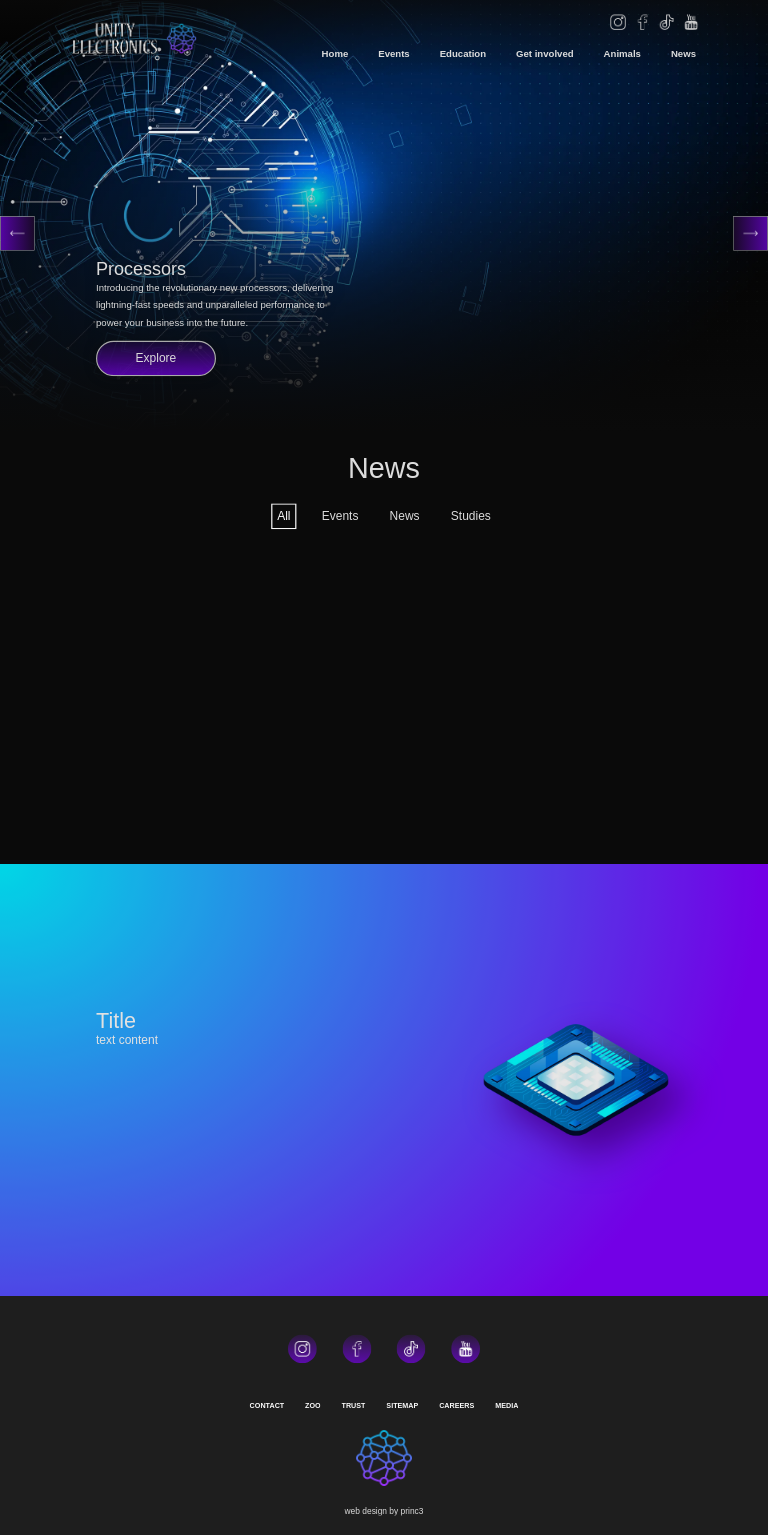
Repository: princ3-web/five
Page: /
The author's editor kept a copy of each file at every save. The page is drawn from the files as they stood at one save, then again after the next save.
The browser window is 1280 px wide. The pictures show the whole page, at 60% of full size.
An inner scrolling area shows only its first screen. The project was rebuilt for these pictures with package versions that can differ from the ones it lists, and the page was loaded fresh each time. Also part of the build but not shown: src/css/subpage.module.css, src/pages/Events.jsx, src/pages/Education.jsx, src/pages/Membership.jsx, src/pages/Animals.jsx, src/pages/News.jsx, src/pages/Support.jsx.

Above is the page before, as saved 2023-05-08 18:56:38.

### src/App.jsx
import React, { useState } from "react";
import { Routes, Route } from "react-router-dom";
import app from "./css/app.module.css";
import Navbar from "./components/Navbar.jsx";
import Bottombar from "./components/Bottombar.jsx";
import Main from "./pages/Main.jsx";
import Events from "./pages/Events.jsx";
import Education from "./pages/Education.jsx";
import Membership from "./pages/Membership.jsx";
import Animals from "./pages/Animals.jsx";
import News from "./pages/News.jsx";
import Support from "./pages/Support.jsx";
import Scrolltotop from "./components/Scrolltotop";

function App() {
  return (
    <div className={app.app}>
      <Navbar />
      <Routes>
        <Route path="/" element={<Main />} exact />
        <Route path="/Events" element={<Events />} exact />
        <Route path="/Education" element={<Education />} exact />
        <Route path="/Membership" element={<Membership />} exact />
        <Route path="/Animals" element={<Animals />} exact />
        <Route path="/News" element={<News />} exact />
        <Route path="/Support" element={<Support />} exact />
      </Routes>
      <Bottombar />
      <Scrolltotop />
    </div>
  );
}

export default App;

### src/css/app.module.css
:root {
    --thin: 200;
    --regular: 400;
    --bold: 600;
    --font-12: 12px;
    --font-14: 14px;
    --font-16: 16px;
    --font-20: 20px;
    --font-24: 24px;
    --font-30: 30px;
    --font-36: 36px;
    --font-48: 48px;
    --dark: rgb(10, 10, 10);
    --dark-transp-100: rgb(0, 0, 0, 0.5);
    --gray-transp-200: rgba(100, 100, 100, 0.5);
    --gray-transp-300: rgba(100, 100, 100, 0.25);
    --gray-50: rgb(30, 30, 30);
    --gray-100: rgb(60, 60, 60);
    --gray-150: rgb(100, 100, 100);
    --gray-200: rgb(170, 170, 170);
    --gray-300: rgb(220, 220, 220);
    --gray-400: rgb(240, 240, 240);
    --light: rgb(250, 250, 250);
    --light-transp: rgb(255, 255, 255, 0.2);
    --blue-200: rgb(0, 78, 162);
    --blue-300: rgb(0, 123, 255);
    --teal-300: rgb(0, 238, 255);
    --violet-200: rgb(81, 0, 162);
    --violet-300: rgb(128, 0, 255);
    --transp: rgba(0, 0, 0, 0);
}

@import url('https://fonts.googleapis.com/css2?family=Raleway&display=swap');


html > div {
    display: none;
  }

  * {
    overflow-x: hidden;
    padding: 0;
    margin: 0;
    font-family: 'Raleway', sans-serif;
    user-select: none;
  }

  .app{
    background-color: var(--dark);
    height: fit-content;
  }

  .section{
    display: flex;
    flex-direction: column;
    min-height: 100vh;
  }

### src/components/Navbar.jsx
import React, { useState } from "react";
import navbar from "../css/navbar.module.css";
import logo from "../assets/icons/logo_sub.png";
import hamburger from "../assets/icons/hamburger.png";
import cross from "../assets/icons/cross.png";
import { Link } from "react-router-dom";
import instagram from "../assets/icons/instagram.png";
import facebook from "../assets/icons/facebook.png";
import tiktok from "../assets/icons/tiktok.png";
import youtube from "../assets/icons/youtube.png";

const Navbar = () => {
  const navbarButtons = [
    {
      name: "Home",
      menu: false,
      items: [],
      link: "/",
    },
    {
      name: "Events",
      menu: true,
      items: [
        "Plan Your Day",
        "What's On",
        "Membership",
        "Vet Hospital",
        "Education",
        "Zoo Map",
      ],
      link: "/Events",
    },
    {
      name: "Education",
      menu: true,
      items: [
        "Read for Adventure",
        "Educational Field Trips",
        "Self-Guided Field Trips",
        "Nature Explorers Preschool",
        "Schools Out Day Camps",
        "Spring Break Camp",
        "Summer Camps",
        "After Hours",
        "Conservation Club",
      ],
      link: "/Education",
    },
    {
      name: "Get involved",
      menu: true,
      items: [
        "What We Do",
        "What You Can Do",
        "Work at the Zoo",
        "Volunteer",
        "Sponsorship",
        "Conservation",
      ],
      link: "/Membership",
    },
    {
      name: "Animals",
      menu: false,
      items: [],
      link: "/Animals",
    },
    {
      name: "News",
      menu: false,
      items: [],
      link: "/News",
    },
  ];

  const socials = [instagram, facebook, tiktok, youtube];

  const [mobileMenu, toggleMobileMenu] = useState(false);

  return (
    <>
      <div className={navbar.navbar}>
        <Link className={navbar.link} to={"/"}>
          <img className={navbar.logo} src={logo} alt="" />
        </Link>
        <div className={navbar.navbarContent}>
          <div className={navbar.navbarTopIcons}>
            {socials.map((item, n) => (
              <img className={navbar.navbarTopIcon} src={item} alt="" key={n} />
            ))}
          </div>
          <div className={navbar.navbarButtons}>
            {navbarButtons.map((item, n) => (
              <div
                style={{
                  display: "block",
                  overflow: "visible",
                }}
                key={n}
              >
                <div className={navbar.navbarButton}>
                  <Link
                    to={item.link}
                    style={{
                      textDecoration: "none",
                      color: "unset",
                    }}
                  >
                    {item.name}
                  </Link>
                </div>

                {item.items.length > 0 && (
                  <>
                    <div className={navbar.navbarButtonDropdown}>
                      {item.items.map((i, n) => (
                        <Link
                          className={navbar.navbarButtonDropdownItem}
                          key={n}
                          to={item.link}
                        >
                          {i}
                        </Link>
                      ))}
                    </div>
                  </>
                )}
              </div>
            ))}
          </div>
        </div>
        <img
          className={navbar.mobileButton}
          src={mobileMenu === true ? cross : hamburger}
          onClick={() =>
            mobileMenu === true ? toggleMobileMenu(false) : toggleMobileMenu(true)
          }
          alt=""
        />
        <div
          className={[navbar.mobileMenu, mobileMenu ? navbar.mobileMenuShow : ""].join(
            " "
          )}
        >
          {navbarButtons.map((item) => (
            <Link to={item.link} className={navbar.mobileMenuItem}>
              <div onClick={() => toggleMobileMenu(false)}>{item.name}</div>
            </Link>
          ))}
        </div>
      </div>
    </>
  );
};

export default Navbar;

### src/components/Bottombar.jsx
import React from "react";
import bottombar from "../css/bottombar.module.css";
import logobw from "../assets/icons/logo.png";
import instagram from "../assets/icons/instagram.png";
import facebook from "../assets/icons/facebook.png";
import tiktok from "../assets/icons/tiktok.png";
import youtube from "../assets/icons/youtube.png";
import navbar from "../css/navbar.module.css";
import { Link } from "react-router-dom";

const Bottombar = () => {
  const socials = [instagram, facebook, tiktok, youtube];
  const links = ["CONTACT", "ZOO", "TRUST", "SITEMAP", "CAREERS", "MEDIA"];

  return (
    <>
      <div className={bottombar.bottomBar}>
        <div className={bottombar.socials}>
          {socials.map((item, n) => (
            <img className={bottombar.socialButton} src={item} alt="" key={n} />
          ))}
        </div>
        <div className={bottombar.links}>
          {links.map((item, n) => (
            <div className={bottombar.link} key={n}>
              {item}
            </div>
          ))}
        </div>
        <Link className={navbar.link} to={"/"}>
        <img className={bottombar.logo} src={logobw} alt="" onClick={() => window.scrollTo(0, 0)} />
        </Link>
        <div className={bottombar.signature}>web design by princ3</div>
      </div>
    </>
  );
};

export default Bottombar;

### src/pages/Main.jsx
import React, { useState, useEffect } from "react";
import app from "../css/app.module.css";
import Imagescroller from "../components/Imagescroller";
import Newspicker from "../components/Newspicker";
import Objectscroller from "../components/Objectscroller";

const Main = () => {
  return (
    <>
      <div className={app.section}>
        <Imagescroller />
      </div>

      <div className={app.section}>
        <Newspicker />
      </div>
      <div className={app.section}>
        <Objectscroller />
      </div>
    </>
  );
};

export default Main;

### src/components/Scrolltotop.jsx
import React from 'react';
import { useLocation } from 'react-router-dom';
import { useEffect } from 'react';

const Scrolltotop = () => {
    const { pathname } = useLocation();

    useEffect(() => {
      window.scrollTo(0, 0);
    }, [pathname]);
  }

export default Scrolltotop;

### src/css/navbar.module.css
.navbar {
  position: absolute;
  display: flex;
  flex-direction: row;
  justify-content: space-between;
  align-items: center;
  z-index: 5;
  width: 100%;
  padding-inline: 7rem;
  height: 8rem;
  font-size: var(--font-16);
  overflow: visible;
  box-sizing: border-box;
  background: linear-gradient(var(--dark) -30%, var(--transp) 100%);
}

.navbarContent {
  height: 100%;
  display: flex;
  flex-direction: column;
  justify-content: space-evenly;
}

.navbarTopIcons {
  display: flex;
  flex-direction: row;
  justify-content: space-between;
  width: 12vw;
  margin-left: auto;
  margin-right: 0;
}

.navbarTopIcon {
  width: 2rem;
  filter: brightness(0.8);
}

.navbarTopIcon:hover {
  filter: brightness(1);
  cursor: pointer;
}

.navbarButtons {
  display: flex;
  flex-direction: row;
  justify-content: space-between;
  width: 50vw;
  margin-left: auto;
  margin-right: 0;
}

.navbarButton {
  color: var(--gray-300);
  padding: 0.5rem;
  font-weight: var(--bold);
  cursor: pointer;
  transition: 0.2s;
}

.navbarButton:hover {
  color: var(--gray-400);
  cursor: pointer;
}

.dropdownBackground {
  background-color: black;
  width: 100%;
  height: 15rem;
}

.navbarButtonDropdown {
  visibility: hidden;
  z-index: 3;
  position: absolute;
  margin-left: -25px;
  padding-inline: 1.5rem;
  padding-block: 0.5rem;
  cursor: pointer;
  line-height: 2rem;
  filter: opacity(0);
  transition: 0.35s;
  background: linear-gradient(135deg, var(--dark-transp-100), var(--violet-200));
}

.navbarButton:hover ~ .navbarButtonDropdown {
  visibility: visible;
  filter: opacity(1);
}

.navbarButtonDropdown:hover {
  visibility: visible;
  filter: opacity(1);

}

.navbarButtonDropdownItem {
  color: var(--gray-300);
  display: block;
  transition: 0.2s;
  text-decoration: none;
}

.navbarButtonDropdownItem:hover {
  color: var(--light);
}

.navbarTopButton {
  height: fit-content;
  padding: 0.5rem;
  font-weight: var(--regular);
  cursor: pointer;
}

.logo {
  position: relative;
  display: block;
  height: 40%;
  object-fit: contain;
  z-index: 1;
  filter: drop-shadow(1px 1px 1px var(--dark));
}

.link {
  height: 100%;
  overflow: hidden;
  display: flex;
  align-items: center;
}

.mobileButton {
  display: none;
}

.mobileMenu {
  display: none;
}

@media screen and (max-width: 480px) {
  .navbar {
    height: 5rem;
    padding-inline: 0.5rem;
  }

  .navbarTopButtons {
    display: none;
  }
  .navbarButtons {
    display: none;
  }

  .logo {
    height: 70%;
  }

  .mobileButton {
    display: block;
    height: 50%;
    margin-right: 0.5rem;
    z-index: 1;
  }

  .mobileMenu {
    position: absolute;
    display: block;
    box-sizing: border-box;
    top: 5rem;
    left: 100vw;
    width: 100vw;
    height: 100vh;
    text-align: center;
    background-size: 20rem;
    background-color: var(--green-400);
    transition: 0.2s;
  }

  .mobileMenuShow {
    left: 0;
  }

  .mobileMenuItem {
    color: var(--light);
    font-size: var(--font-20);
    line-height: 4rem;
    text-decoration: none;
  }
}

### src/css/bottombar.module.css
.bottomBar {
  position: relative;
  display: flex;
  flex-direction: column;
  align-items: center;
  width: 100%;
  background-color: var(--gray-50);
  padding-bottom: 2rem;
}

.socials {
  position: relative;
  width: 25%;
  margin: auto;
  left: 0;
  right: 0;
  margin-top: 4rem;
  display: flex;
  flex-direction: row;
  justify-content: space-between;
}

.socialButton {
  width: 2rem;
  padding: 0.5rem;
  background-color: var(--violet-200);
  background: linear-gradient(180deg, var(--transp), var(--violet-300));
  background-size: 100% 200%;
  background-position: 100% 25%;
  transition: 0.5s;
  border-radius: 2rem;
  cursor: pointer;
}

.socialButton:hover {
  background-position: 100% 100%;

}

.links {
  position: relative;
  width: 35%;
  font-size: var(--font-12);
  margin: auto;
  left: 0;
  right: 0;
  margin-top: 4rem;
  display: flex;
  flex-direction: row;
  justify-content: space-between;
}

.link {
  color: var(--light);
  font-weight: var(--bold);
  cursor: pointer;
}

.link:hover {
  color: var(--gray-200);
}

.logo {
  position: relative;
  width: 6rem;
  padding-top: 2rem;
  padding-bottom: 2rem;
  cursor: pointer;
  transition: 0.2s;
}

.logo:hover {
  filter: brightness(0.8);
}

.signature {
  color: var(--gray-300);
  font-size: var(--font-14);
  font-weight: var(--thin);
}

@media screen and (max-width: 480px) {
  .socials {
    width: 90%;
  }

  .links {
    display: flex;
    flex-wrap: wrap;
    width: 90%;
    justify-content: space-between;
  }

  .link {
    width: 30%;
    height: 3rem;
    text-align: center;
  }
}

### src/components/Imagescroller.jsx
import React, { useEffect, useState } from "react";
import imagescroller from "../css/imagescroller.module.css";

const Imagescroller = () => {
  const [selectedBackground, toggleSelectedBackground] = useState(0);

  useEffect(() => {
    const intervalId = setInterval(() => {
      selectedBackground < 2
        ? toggleSelectedBackground((state) => state + 1)
        : toggleSelectedBackground(0);
    }, 6000);

    return () => {
      clearInterval(intervalId);
    };
  }, [selectedBackground]);

  const backgrounds = [0, 1, 2];
  const backgroundsText = [
    {
      title: "Processors",
      text: "Introducing the revolutionary new processors, delivering lightning-fast speeds and unparalleled performance to power your business into the future.",
    },
    {
      title: "New Techs",
      text: "Unlock the full potential of your industry with cutting-edge technologies designed to increase efficiency, productivity, and profitability.",
    },
    {
      title: "GPUs",
      text: "Experience unprecedented gaming performance and immerse yourself in stunningly realistic graphics with our new ground-breaking graphics cards.",
    },
  ];

  return (
    <div>
      <div className={imagescroller.imageScroller}>
        {backgrounds.map((item, n) => (
          <img
            className={[
              imagescroller.image,
              selectedBackground !== n ? imagescroller.imageFade : "",
            ].join(" ")}
            src={require("../assets/images/background" + n + ".webp")}
            alt=""
          />
        ))}

        <img
          className={imagescroller.arrow}
          onClick={() =>
            selectedBackground > 0
              ? toggleSelectedBackground((state) => state - 1)
              : toggleSelectedBackground(backgrounds.length - 1)
          }
          style={{ left: "0", rotate: "180deg", translateY: "-50%" }}
          src={require("../assets/icons/arrow.png")}
          alt=""
        />
        <img
          className={imagescroller.arrow}
          onClick={() =>
            selectedBackground < backgrounds.length - 1
              ? toggleSelectedBackground((state) => state + 1)
              : toggleSelectedBackground(0)
          }
          style={{ right: "0", rotate: "0deg", translateY: "-50%" }}
          src={require("../assets/icons/arrow.png")}
          alt=""
        />
        <div className={imagescroller.gradient}></div>
      </div>
      <div className={imagescroller.explore}>
        <div className={imagescroller.exploreTitle}>
          {backgroundsText[selectedBackground].title}
        </div>
        <div className={imagescroller.exploreText}>
          {backgroundsText[selectedBackground].text}
        </div>
        <div className={imagescroller.exploreButton}>Explore</div>
      </div>
    </div>
  );
};

export default Imagescroller;

### src/components/Newspicker.jsx
import React, { useState } from "react";
import newspicker from "../css/newspicker.module.css";

const Newspicker = () => {
  const newsButtons = ["All", "Events", "News", "Studies"];
  const [selectedButton, toggleSelectedButton] = useState(0);

  return (
    <div className={newspicker.news}>
      <div
        className={newspicker.newsTitle}
        style={{ textAlign: "center", marginTop: "2rem" }}
      >
        News
      </div>
      <div className={newspicker.newsButtons}>
        {newsButtons.map((item, n) => (
          <div
            className={[
              newspicker.newsButton,
              n === selectedButton && newspicker.newsButtonSelected,
            ].join(" ")}
            onClick={() => toggleSelectedButton(n)}
          >
            {item}
          </div>
        ))}
      </div>
    </div>
  );
};

export default Newspicker;

### src/components/Objectscroller.jsx
import React, { useEffect, useState } from "react";
import objectscroller from "../css/objectscroller.module.css";

const Objectscroller = () => {
  const [scrollPos, setScrollPos] = useState(false);

  // useEffect for setting useState: scrollPos
  useEffect(() => {
    const handleMouseMove = () => {
      setScrollPos(window.scrollY);
    };

    window.addEventListener("scroll", handleMouseMove);
    return () => {
      window.removeEventListener("scroll", handleMouseMove);
    };
  }, []);

  console.log(scrollPos);

  return (
    <div>
      <div className={objectscroller.gradient}>
        <div className={objectscroller.textContainer}>
          <div className={objectscroller.title}>Title</div>
          <div className={objectscroller.text}>text content</div>
        </div>
        <img
          className={objectscroller.image}
          src={require("../assets/images/object1.png")}
          alt=""
        />
      </div>
    </div>
  );
};

export default Objectscroller;

### src/css/imagescroller.module.css
.imageScroller {
  position: absolute;
  height: 100vh;
  width: 100%;
  display: block;
  white-space: nowrap;
  background-color: var(--dark);
}

.image {
  position: absolute;
  z-index: 1;
  width: 100vw;
  height: 100vh;
  object-fit: cover;
  top: 0;
  left: 0;
  padding: 0;
  transition: 1s;
  filter: opacity(1);
}

.imageFade {
  filter: opacity(0);
}

.arrow {
  position: absolute;
  width: 1.5rem;
  z-index: 2;
  top: 50%;
  padding: 1rem;
  border: 1px solid var(--gray-200);
  cursor: pointer;
  background-size: 0% 0%;
  background-color: var(--gray-200);
  background: linear-gradient(90deg, var(--dark) 0%, var(--violet-300));
  background-size: 200% 100%;
  background-position: 25% 100%;
  transition: 0.5s;
}

.arrow:hover {
  background-position: 100% 100%;
}

.gradient {
  position: absolute;
  top: 0;
  width: 100vw;
  height: 100vh;
  background: linear-gradient(var(--transp) 30%, var(--dark) 100%);
  z-index: 1;
}

.explore {
  position: absolute;
  z-index: 3;
  left: 10rem;
  top: 60%;
  width: 25rem;
  filter: drop-shadow(0px 0px 10px var(--dark));

}

.exploreTitle {
  position: relative;
  color: var(--gray-300);
  font-size: var(--font-30);
}

.exploreText {
  position: relative;
  color: var(--gray-300);
  font-size: var(--font-16);
  margin-bottom: 1rem;
  line-height: 1.8rem;
}

.exploreButton {
  position: relative;
  width: fit-content;
  color: var(--gray-300);
  font-size: var(--font-20);
  padding: 1rem;
  padding-inline: 4rem;
  border: 2px solid var(--gray-200);
  border-radius: 2rem;
  background: linear-gradient(180deg, var(--transp), var(--violet-300));
  background-size: 100% 200%;
  background-position: 100% 25%;
  transition: 0.5s;
  cursor: pointer;
}

.exploreButton:hover {
  background-position: 100% 100%;
}

.video {
  position: relative;
  display: flex;
  box-sizing: border-box;
  z-index: 1;
  width: 100%;
  height: 100vh;
  object-fit: cover;
  padding: 0;
  border-top: 0.25rem solid var(--green-500);
}

@media screen and (max-width: 480px) {
  .video {
    width: 100%;
    margin: unset;
  }
}

### src/css/newspicker.module.css
.news{
    display: flex;
    flex-direction: column;
  }

  .newsTitle {
    font-size: var(--font-48);
    color: var(--gray-300);
    margin-bottom: 2rem;
  }

  .newsButtons{
    display: flex;
    flex-direction: row;
    justify-content: center;
    align-self: center;
    width: 50%;
  }

  .newsButton {
    color: var(--gray-300);
    font-size: var(--font-20);
    border: 2px solid var(--transp);
    margin-inline: 1rem;
    padding: 0.5rem;
    cursor: pointer;
    transition: 0.5s;
  }

  .newsButtonSelected{
    border: 2px solid var(--light);
    color: var(--light);
  }

### src/css/objectscroller.module.css
.image {
  position: absolute;
  top: 50%;
  transform: translateY(-50%);
  right: 10rem;
  width: 20rem;
  filter: drop-shadow(30px 30px 30px var(--violet-200));
}

.textContainer {
  color: var(--light);
  position: absolute;
  left: 10rem;
  top: 15rem;
  margin: auto;
}

.title {
  font-size: var(--font-36);
}

.text {
  font-size: var(--font-20);
}

.gradient {
  width: 100vw;
  height: 100vh;
  background: radial-gradient(at left top, var(--teal-300) 0%, var(--violet-300) 70%);
  background-size: 100% 150%;
  filter: brightness(0.9);
}

Loaded but not shown: public/index.html (common file); src/index.js (common file); src/index.css (common file); src/reportWebVitals.js (common file)

After the next save:
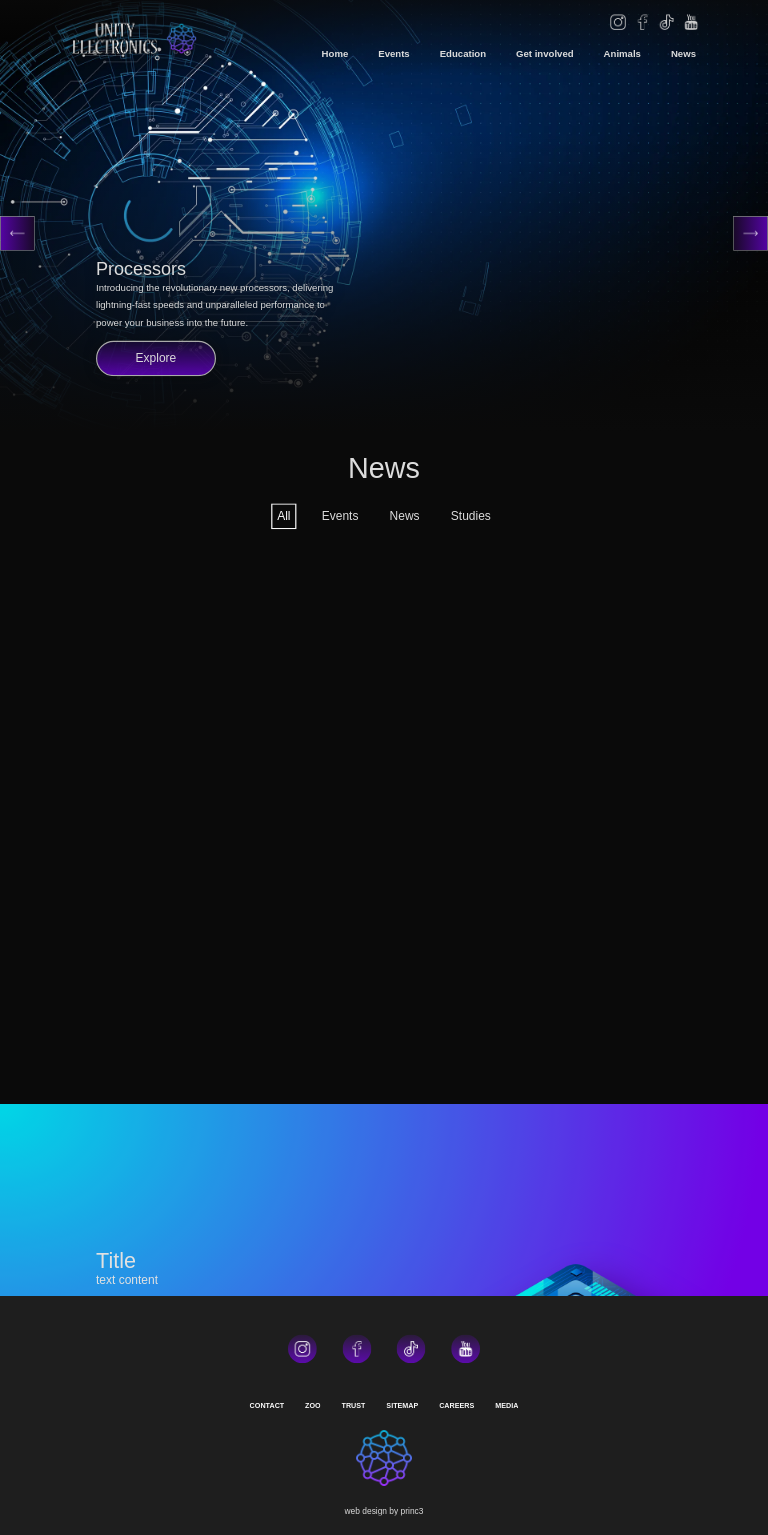
Saved 5 s later.
--- a/src/components/Objectscroller.jsx
+++ b/src/components/Objectscroller.jsx
@@ -20,7 +20,9 @@ const Objectscroller = () => {
 
   return (
     <div>
-      <div className={objectscroller.gradient}>
+      <div className={objectscroller.gradient} style={{
+            translate: "0px " + (- scrollPos / 3 + 400 + "px").toString(),
+          }}>
         <div className={objectscroller.textContainer}>
           <div className={objectscroller.title}>Title</div>
           <div className={objectscroller.text}>text content</div>
